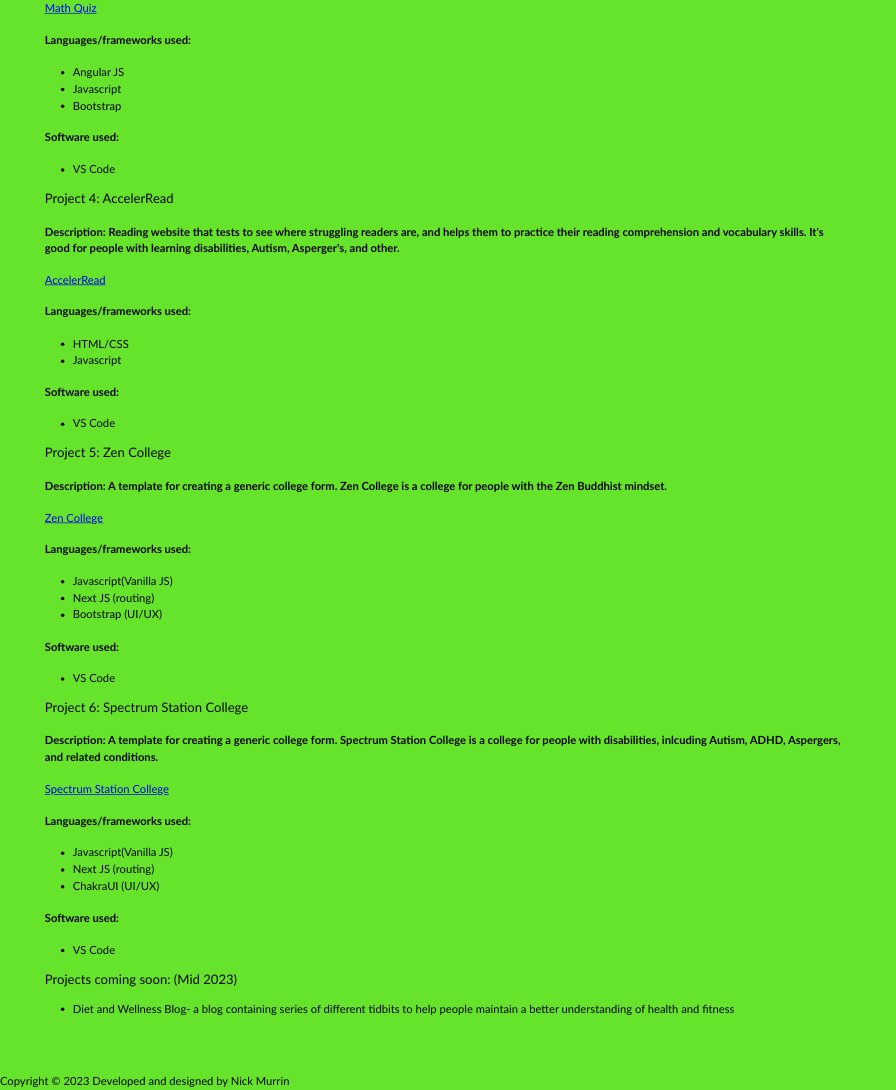
Repository: collegedude9300/modernport
Page: about.html
An editor plug-in stored every save of this project. The page is shown before and after the next save, followed by the edit.
The browser window is 1280 px wide. The pictures show the part of the page from y = 1328 to 3248 px (the page is 2885 px tall before and 3248 px after), at 70% of full size.

Above is the page before, as saved 2023-05-29 21:46:22.

After the next save:
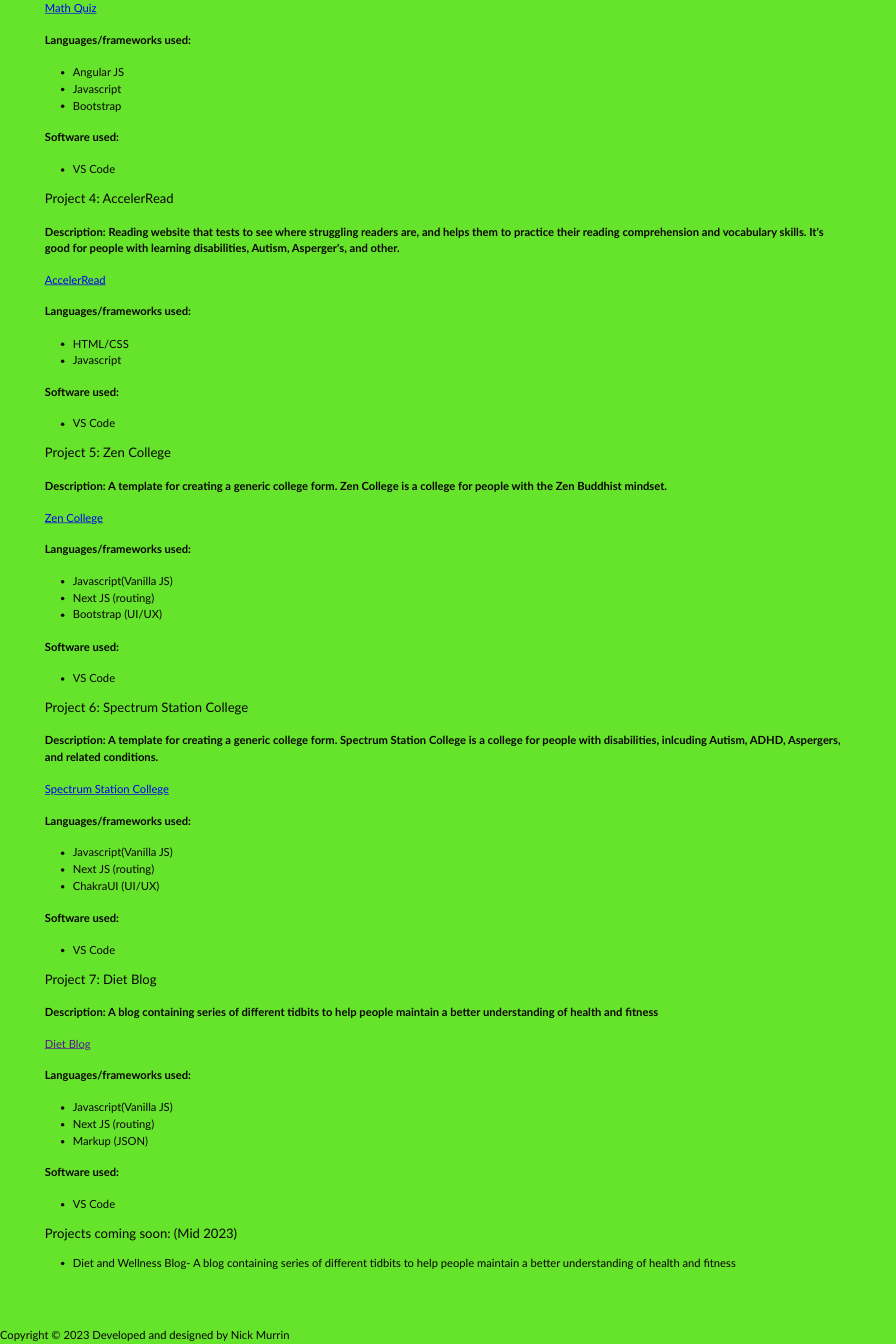
Saved 26 days later.
--- a/about.html
+++ b/about.html
@@ -153,9 +153,29 @@ and helps them to practice their reading comprehension and vocabulary skills.
 </ul>
 </div>
 </div>
+
+<div class="project7">
+  <h3>Project 7: Diet Blog</h3>
+  <h4>Description: A blog containing series of different tidbits to help people maintain a better understanding of health and fitness</h4>
+  <a href=""/> Diet Blog </a>
+<h4> Languages/frameworks used: </h4>
+<ul>
+  <li>Javascript(Vanilla JS)</li>
+  <li>Next JS (routing)</li>
+  <li>Markup (JSON)</li>
+</ul>
+<h4> Software used: </h4>
+<ul>
+<li> VS Code  </li>
+</ul>
+</div>
+</div>
+
+
+
 <h3> Projects coming soon: (Mid 2023)      </h3>
 <ul>
-  <li> Diet and Wellness Blog- a blog containing series of different tidbits to help people maintain a better understanding of health and fitness</li>
+  <li> Diet and Wellness Blog- A blog containing series of different tidbits to help people maintain a better understanding of health and fitness</li>
 </ul>
 </main>
   <footer id="main-footer">
